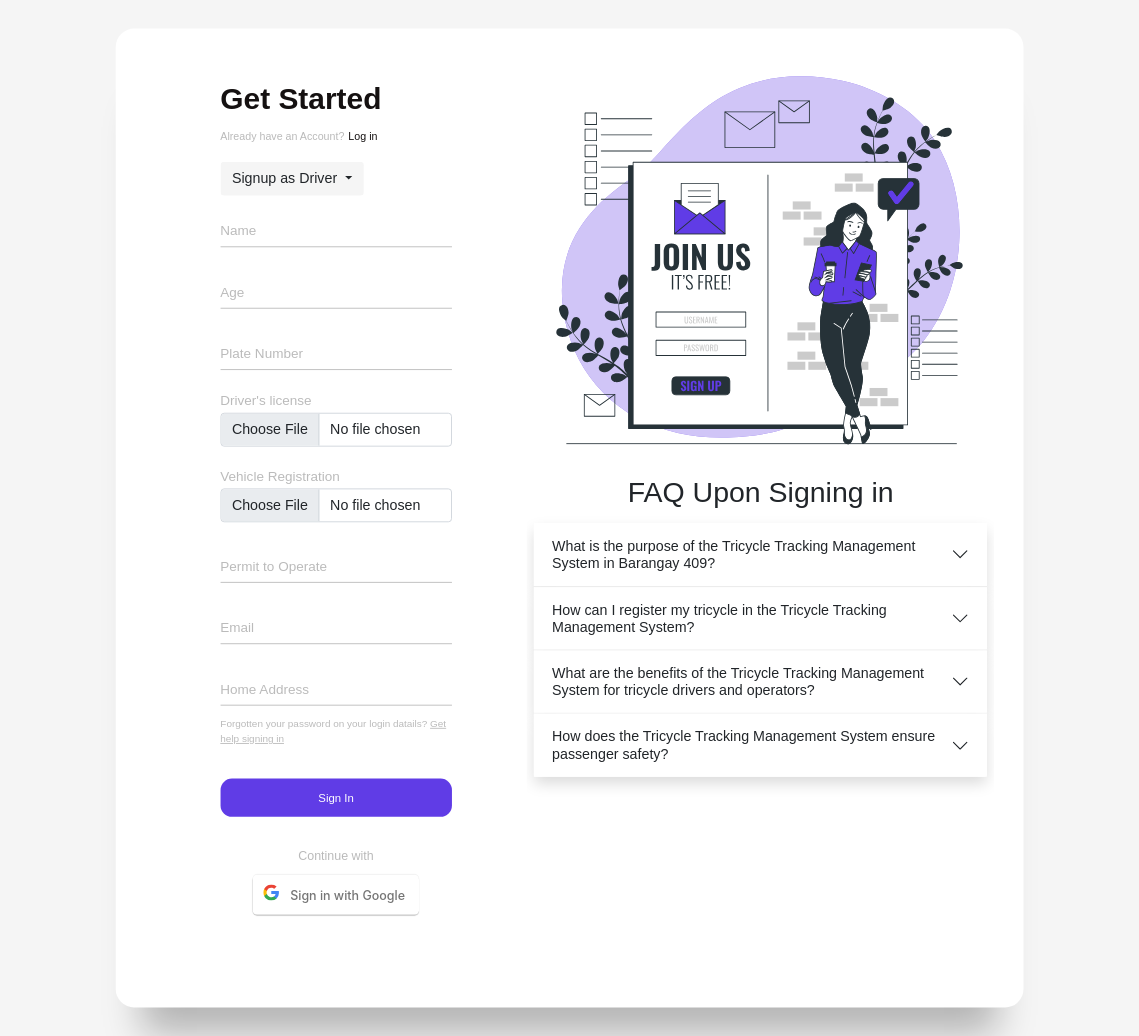
Repository: adrcstro/plate-to-place
Page: http://localhost/Loginsystem/Driverlogin.php
These files come from the project's save history. The page is drawn as it stood at one moment and after the next save; the edit follows.
The browser window is 1280 px wide. The pictures show the whole page, at 89% of full size.
Some web fonts or font styles are not loaded; a fallback is used. Some web libraries are served in a nearby version. The page is run by PHP 8.4 with error messages shown; the project is at /var/www/html/.

Above is the page before, as saved 2023-10-31 12:38:47.

### Loginsystem/Driverlogin.php
<!DOCTYPE html>
<html lang="en">
<head>
    <meta charset="UTF-8">
    <meta name="viewport" content="width=device-width, initial-scale=1.0">
    <link rel="shortcut icon" type="x-icon" href="../images/webicon.png">
    <link rel="stylesheet" href="../css/bootstrap.min.css">
    <link rel="stylesheet" href="https://cdnjs.cloudflare.com/ajax/libs/font-awesome/6.3.0/css/all.min.css" integrity="sha512-SzlrxWUlpfuzQ+pcUCosxcglQRNAq/DZjVsC0lE40xsADsfeQoEypE+enwcOiGjk/bSuGGKHEyjSoQ1zVisanQ==" crossorigin="anonymous" referrerpolicy="no-referrer"/>
    <link rel="stylesheet" href="driver.css">

    <title>Brangay409-3WHeel-Tracking-System</title>
</head>

<body>

<main>
      <div class="box">
        <div class="inner-box">
          <div class="forms-wrap">
            <form action="index.html" autocomplete="off" class="sign-in-form">

<script>
    function changeLoginType(type) {
        document.getElementById('loginDropdown').innerText = 'Login as ' + type;
    }
</script>
              <div class="heading">
                <h2>Get Started</h2>
                <h6>Already have an Account?</h6>
                <a href="#" class="toggle" data-target="img-2">Log in</a>
              </div>



              <div class="dropdown">
    <button class="btn dropdown-toggle" type="button" data-bs-toggle="dropdown" aria-expanded="false" id="loginDropdown">
        Signup as Driver
    </button>
    <ul class="dropdown-menu">
        <li><a class="dropdown-item" href="Passenger.php" onclick="changeLoginType('Passenger')">Passenger</a></li>
        <li><a class="dropdown-item" href="Driverlogin.php" onclick="changeLoginType('Driver')">Driver</a></li>

    </ul>
</div>
<div class="formsignin">



              <div class="actual-form">
                <div class="input-wrap">
                  <input
                    type="text"
                    minlength="4"
                    class="input-field"
                    autocomplete="off"
                    required
                  />
                  <label>Name</label>
                </div>

                <div class="input-wrap">
                  <input
                    type="password"
                    minlength="4"
                    class="input-field"
                    autocomplete="off"
                    required
                  />
                  <label>Age</label>
                </div>

                <div class="input-wrap">
                  <input
                    type="text"
                    minlength="4"
                    class="input-field"
                    autocomplete="off"
                    required
                  />
                  <label>Plate Number</label>
                </div>

                <div id="Filefield" class="input-wrap">
  <label for="formFile" class="custom-label">Driver's license</label>
  <input class="form-control" type="file" id="formFile" title="Please ensure the image is clear and legible" class="custom-title">
</div>
<div id="Filefield" class="input-wrap">
  <label for="formFile" class="custom-label">Vehicle Registration</label>
  <input class="form-control" type="file" id="formFile" title="Please ensure the image is clear and legible" class="custom-title">
</div>

                <div class="input-wrap">
                  <input
                    type="text"
                    minlength="4"
                    class="input-field"
                    autocomplete="off"
                    required
                  />
                  <label>Permit to Operate</label>
                </div>
                <div class="input-wrap">
                  <input
                    type="text"
                    minlength="4"
                    class="input-field"
                    autocomplete="off"
                    required
                  />
                  <label>Email</label>
                </div>
                <div class="input-wrap">
                  <input
                    type="text"
                    minlength="4"
                    class="input-field"
                    autocomplete="off"
                    required
                  />
                  <label>Home Address</label>
                </div>
                <p class="text">
                  Forgotten your password on your login datails?

                  <a href="Forgotpassword.php" data-target="img-2">Get help signing in</a>
                </p>
                <input type="submit" value="Sign In" class="sign-btn" />
                <h5 id="textcon">Continue with</h5>
                <button type="button" class="login-with-google-btn" >
                Sign in with Google
                 </button>
              </div>
              </div>

            </form>


          </div>
          <div class="carousel">
  <div class="images-wrapper">
    <img src="../images/Signup.svg" class="image img-2 show" alt="" />
  </div>

  <div class="col-md-12">
         <h2 class="mt-2 text-center" id="FAQ">FAQ Upon Signing in</h2>
         <div class="accordion accordion-flush p-2" id="accordionFlushExample">
          <div class="accordion-item bg-white shadow">
            <h2 class="accordion-header">
              <button class="accordion-button collapsed" type="button" data-bs-toggle="collapse" data-bs-target="#flush-collapseOne" aria-expanded="false" aria-controls="flush-collapseOne">
                What is the purpose of the Tricycle Tracking Management System in Barangay 409?
              </button>
            </h2>
            <div id="flush-collapseOne" class="accordion-collapse collapse" data-bs-parent="#accordionFlushExample">
              <div class="accordion-body">The Tricycle Tracking Management System aims to streamline tricycle operations and ensure passenger safety and efficient transportation services within the barangay.</div>
            </div>
          </div>
          <div class="accordion-item shadow">
            <h2 class="accordion-header">
              <button class="accordion-button collapsed" type="button" data-bs-toggle="collapse" data-bs-target="#flush-collapseTwo" aria-expanded="false" aria-controls="flush-collapseTwo">
                How can I register my tricycle in the Tricycle Tracking Management System?
              </button>
            </h2>
            <div id="flush-collapseTwo" class="accordion-collapse collapse" data-bs-parent="#accordionFlushExample">
              <div class="accordion-body">To register your tricycle, visit the barangay office and submit the required documents, including the tricycle's registration papers, driver's license, and other necessary permits.</div>
            </div>
          </div>
          <div class="accordion-item shadow">
            <h2 class="accordion-header">
              <button class="accordion-button collapsed" type="button" data-bs-toggle="collapse" data-bs-target="#flush-collapseThree" aria-expanded="false" aria-controls="flush-collapseThree">
                What are the benefits of the Tricycle Tracking Management System for tricycle drivers and operators?
              </button>
            </h2>
            <div id="flush-collapseThree" class="accordion-collapse collapse" data-bs-parent="#accordionFlushExample">
              <div class="accordion-body">The system provides improved transparency in fare collection, enhances security measures for both drivers and passengers, and facilitates better route planning, leading to increased efficiency and profitability for tricycle operators.
              </div>
            </div>
          </div>

          <div class="accordion-item shadow">
            <h2 class="accordion-header">
              <button class="accordion-button collapsed" type="button" data-bs-toggle="collapse" data-bs-target="#flush-collapseFour" aria-expanded="false" aria-controls="flush-collapseFour">
                How does the Tricycle Tracking Management System ensure passenger safety?
              </button>
            </h2>
            <div id="flush-collapseFour" class="accordion-collapse collapse" data-bs-parent="#accordionFlushExample">
              <div class="accordion-body">The system integrates safety measures such as  Report Management, Legal Action Provider, and driver identification features, which enable swift responses to any emergency situations during tricycle rides.</div>
            </div>
          </div>



        </div>
         </div>


</div>
        </div>
      </div>
    </main>



</body>
<script src="../js/bootstrap.bundle.js"></script>
    <script src="login.js"></script>

</html>

### Loginsystem/driver.css
@import url("https://fonts.googleapis.com/css2?family=Poppins:wght@200;300;400;500;600;700;800&display=swap");
@import url('https://fonts.googleapis.com/css2?family=Advent+Pro:wght@200&display=swap');
@import url('https://fonts.googleapis.com/css2?family=Advent+Pro:wght@200&family=Montserrat+Alternates&display=swap');
@import url('http://fonts.googleapis.com/css?family=Open+Sans:400,700');
*,
*::before,
*::after {
  padding: 0;
  margin: 0;
  box-sizing: border-box;
}
#textcon{
  padding: 4px;
  text-align: center;
  color: #bababa;
  font-size: 14px;
}
.login-with-google-btn {
  transition: background-color .3s, box-shadow .3s;
  padding: 12px 16px 12px 42px;
  border: none;
  border-radius: 5px;
  box-shadow: 0 -1px 0 rgba(0, 0, 0, .04), 0 1px 1px rgba(0, 0, 0, .25);
  display: block;
    margin: auto;
  color: #757575;
  font-size: 14px;
  font-weight: 500;
  font-family: -apple-system,BlinkMacSystemFont,"Segoe UI",Roboto,Oxygen,Ubuntu,Cantarell,"Fira Sans","Droid Sans","Helvetica Neue",sans-serif;

  background-image: url(data:[embedded picture, 822 characters]);
  background-color: white;
  background-repeat: no-repeat;
  background-position: 12px 11px;

  &:hover {
    background-color: #f3f3f3b6;
  }

  &:active {
    background-color: #eeeeee;
  }
}
  &:focus {
    outline: none;
    box-shadow:
      0 -1px 0 rgba(0, 0, 0, .04),
      0 2px 4px rgba(0, 0, 0, .25),
      0 0 0 3px #c8dafc;
  }

.logo {
  text-align: center;
}
.logo br {
  font-size: 1px; /* Adjust the font size as per your requirement */
}
body,
input {
  font-family: 'Montserrat Alternates', sans-serif;

}
#loginDropdown{
  background-color: whitesmoke;
}

main {
  width: 100%;
  min-height: 100vh;
  overflow: hidden;
  background-color: whitesmoke;
  padding: 2rem;
  display: flex;
  align-items: center;
  justify-content: center;
}

.box {
  position: relative;
  width: 100%;
  max-width: 1020px;
  height: 1100px;
  background-color: #fff;
  border-radius: 1.3rem;
  box-shadow: 0 60px 40px -30px rgba(0, 0, 0, 0.27);
}

.inner-box {
  position: absolute;
  width: calc(100% - 4.1rem);
  height: calc(100% - 4.1rem);
  top: 50%;
  left: 50%;
  transform: translate(-50%, -50%);
}

.forms-wrap {
  position: absolute;
  height: 100%;
  width: 45%;
  top: 0;
  left: 0;
  display: grid;
  grid-template-columns: 1fr;
  grid-template-rows: 1fr;
  transition: 0.8s ease-in-out;
}

form {
  max-width: 260px;
  width: 100%;
  margin: 0 auto;
  height: 100%;
  display: flex;
  flex-direction: column;
  justify-content: space-evenly;
  grid-column: 1 / 2;
  grid-row: 1 / 2;
  transition: opacity 0.02s 0.4s;
  border: #aaa;
}

form.sign-up-form {
  opacity: 0;
  pointer-events: none;

}

.logo {
  display: flex;
  align-items: center;
}


.logo h4 {
  font-size: 1.1rem;
  margin-top: -9px;
  letter-spacing: -0.5px;
  color: #151111;
}

.heading h2 {
  font-size: 2.1rem;
  font-weight: 600;
  color: #151111;
}

.heading h6 {
  color: #bababa;
  font-weight: 400;
  font-size: 0.75rem;
  display: inline;
}

.toggle {
  color: #151111;
  text-decoration: none;
  font-size: 0.75rem;
  font-weight: 500;
  transition: 0.3s;
}

.toggle:hover {
  color: #8371fd;
}

.input-wrap {
  position: relative;
  height: 37px;
  margin-bottom: 2rem;
}

.input-field {
  position: absolute;
  width: 100%;
  height: 100%;
  background: none;
  border: none;
  outline: none;
  border-bottom: 1px solid #bbb;
  padding: 0;
  font-size: 0.95rem;
  color: #151111;
  transition: 0.4s;
}

label {
  position: absolute;
  left: 0;
  top: 50%;
  transform: translateY(-50%);
  font-size: 0.95rem;
  color: #bbb;
  pointer-events: none;
  transition: 0.4s;
}

.input-field.active {
  border-bottom-color: #151111;
}

.input-field.active + label {
  font-size: 0.75rem;
  top: -2px;
}
.logtext{
  margin-top: -1rem;
}
.sign-btn {
  display: inline-block;
  width: 100%;
  height: 43px;
  background-color: #603ce6;
  color: #fff;
  border: none;
  cursor: pointer;
  border-radius: 0.8rem;
  font-size: 0.8rem;
  margin-bottom: 2rem;
  transition: 0.3s;
}
.show {
  display: block;
}

.FAQESTION{
  margin-top: -3rem;
}



.hide {
  display: none;
}

.sign-btn:hover {
  background-color: #6a5cc4;
}

.text {
  color: #bbb;
  font-size: 0.7rem;
  transform: translateY(-20px);
}

.text a {
  color: #bbb;
  transition: 0.3s;

}




.text a:hover {
  color: #8371fd;
}

main.sign-up-mode form.sign-in-form {
  opacity: 0;
  pointer-events: none;
}

main.sign-up-mode form.sign-up-form {
  opacity: 1;
  pointer-events: all;
}

main.sign-up-mode .forms-wrap {
  left: 55%;
}

main.sign-up-mode .carousel {
  left: 0%;
}

.carousel {
  position: absolute;
  height: 100%;
  width: 55%;
  left: 45%;
  top: 0;
  background-color: white;
  border-radius: 2rem;
  display: grid;
  grid-template-rows: auto 1fr;
  padding-bottom: 2rem;
  overflow: hidden;
  transition: 0.8s ease-in-out;
}

.images-wrapper {
  display: grid;
  grid-template-columns: 1fr;
  grid-template-rows: 1fr;
}
.hide {
  display: none;
}
.image {
  width: 100%;
 height: 90%;
  grid-column: 1/2;
  grid-row: 1/2;
  opacity: 0;
  transition: opacity 0.3s, transform 0.5s;
}

.img-1 {
  transform: translate(0, -50px);
}

.img-2 {
  transform: scale(0.4, 0.5);
}

.img-3 {
  transform: scale(0.3) rotate(-20deg);
}

.image.show {
  opacity: 1;
  transform: none;
}

.text-slider {
  display: flex;
  align-items: center;
  justify-content: center;
  flex-direction: column;
margin-top: -4rem;

}

.text-wrap {
  max-height: 3.1rem;
  overflow: hidden;
  margin-bottom: 2.3rem;
}

.text-group {
  display: flex;
  flex-direction: column;
  text-align: center;
  transform: translateY(0);
  transition: 0.5s;
}

.text-group h2 {
  line-height: 2.2rem;
  font-weight: 600;
  font-size: 1.6rem;
}

.bullets {
  display: flex;
  align-items: center;
  justify-content: center;
  margin-top: -2.4rem;
}

.bullets span {
  display: block;
  width: 0.5rem;
  height: 0.5rem;
  background-color: #aaa;
  margin: 0 0.25rem;
  border-radius: 50%;
  cursor: pointer;
  transition: 0.3s;
}
.dropdown{
  margin-top: -6rem;
}
.actual-form{
  margin-top: -6rem;
}
.bullets span.active {
  width: 1.1rem;
  background-color: #151111;
  border-radius: 1rem;
}
.actual-form{
  margin-top: 20px;
  }
  .col-md-12{
    margin-top: -4rem;
  }

  .sign-in-form{
    margin-top: -4rem;
  }
.formsignin{
  margin-top: -6rem;
}
#Filefield{
  margin-top: 3rem;
}
.custom-label{
  margin-top: -2rem;
}

.sign-in-form{
  margin-top: -1.4rem;
}
.dropdown{
  margin-top: -2rem;
}
.formsignin{
  margin-top: -3rem;
}

@media (max-width: 850px) {
  .box {
    height: auto;
    max-width: 550px;
    overflow: hidden;
  }

  .inner-box {
    position: static;
    transform: none;
    width: revert;
    height: revert;
    padding: 2rem;
  }

  .forms-wrap {
    position: revert;
    width: 100%;
    height: auto;
  }

  form {
    max-width: revert;
    padding: 1.5rem 2.5rem 2rem;
    transition: transform 0.8s ease-in-out, opacity 0.45s linear;
  }

  .heading {
    margin: 2rem 0;
  }

  form.sign-up-form {
    transform: translateX(100%);
  }

  main.sign-up-mode form.sign-in-form {
    transform: translateX(-100%);
  }

  main.sign-up-mode form.sign-up-form {
    transform: translateX(0%);
  }

  .carousel {
    position: revert;
    height: auto;
    width: 100%;
    padding: 3rem 2rem;
    display: flex;
  }

  .images-wrapper {
    display: none;
  }

  .text-slider {
    width: 100%;
  }

  .text-slider{
    margin-top: 3rem;
}
.actual-form{
margin-top: 2rem;
}
.col-md-12{
  margin-top: -3rem;
}
.dropdown{
  margin-top: -1rem;
}
.sign-in-form{
  margin-top: -1rem;
}

.formsignin{
  margin-top: 1rem;
}


}

@media (max-width: 528px) {
  main {
    padding: 1rem;
  }

  .box {
    border-radius: 2rem;
  }

  .inner-box {
    padding: 1rem;
  }

  .carousel {
    padding: 1.5rem 1rem;
    border-radius: 1.6rem;
  }

  .text-wrap {
    margin-bottom: 1rem;
  }

  .text-group h2 {
    font-size: 1.2rem;
  }

  form {
    padding: 1rem 2rem 1.5rem;
  }

  .bullets{
    margin-top: -1rem;
}
.col-md-12{
  margin-top: 1rem;
}


}








@media (max-width: 390px) {
    .text-slider{
        margin-top: 2rem;
    }

}

### Loginsystem/login.js
const inputs = document.querySelectorAll(".input-field");
const toggle_btn = document.querySelectorAll(".toggle");
const main = document.querySelector("main");
const bullets = document.querySelectorAll(".bullets span");
const images = document.querySelectorAll(".image");

inputs.forEach((inp) => {
  inp.addEventListener("focus", () => {
    inp.classList.add("active");
  });
  inp.addEventListener("blur", () => {
    if (inp.value != "") return;
    inp.classList.remove("active");
  });
});

toggle_btn.forEach((btn) => {
  btn.addEventListener("click", () => {
    main.classList.toggle("sign-up-mode");
  });
});

function moveSlider() {
  let index = this.dataset.value;

  let currentImage = document.querySelector(`.img-${index}`);
  images.forEach((img) => img.classList.remove("show"));
  currentImage.classList.add("show");

  const textSlider = document.querySelector(".text-group");
  textSlider.style.transform = `translateY(${-(index - 1) * 2.2}rem)`;

  bullets.forEach((bull) => bull.classList.remove("active"));
  this.classList.add("active");
}

bullets.forEach((bullet) => {
  bullet.addEventListener("click", moveSlider);
});

document.addEventListener('DOMContentLoaded', function () {
  const toggleLinks = document.querySelectorAll('.toggle');
  toggleLinks.forEach(function(toggleLink) {
    toggleLink.addEventListener('click', function (event) {
      event.preventDefault();
      const targetId = toggleLink.getAttribute('data-target');
      const textSlider = document.querySelector('.text-group');
      if (targetId === 'img-1') {
        const targetText = 'Get Started';
        textSlider.innerHTML = `<h2>${targetText}</h2>`;
      } else if (targetId === 'img-2') {
        const targetText = 'Join us';
        textSlider.innerHTML = `<h2>${targetText}</h2>`;
      }
    });
  });
});

Loaded but not shown: css/bootstrap.min.css (library); js/bootstrap.bundle.js (library); Images/Signup.svg (1 lines, source omitted)

After the next save:
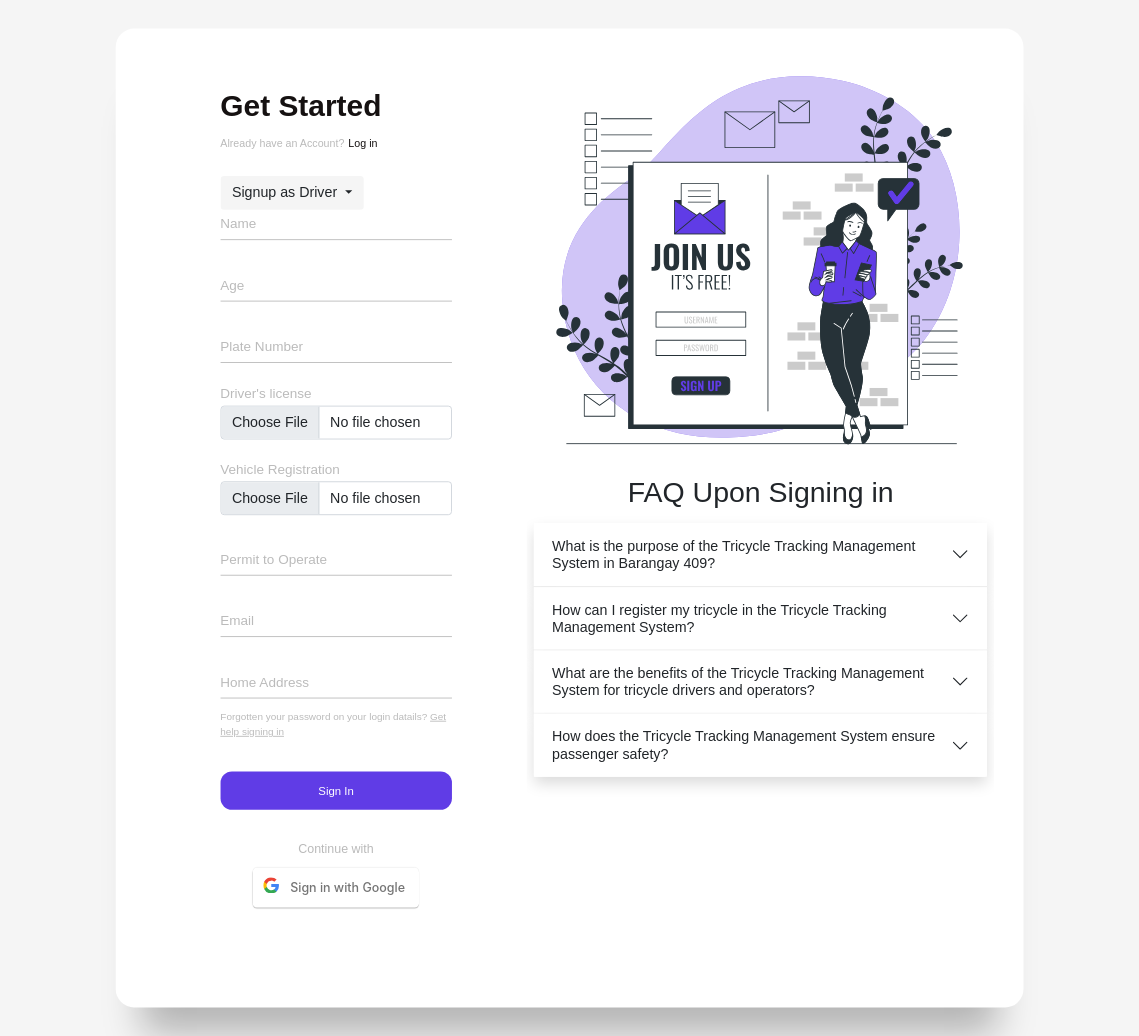
Saved 60 s later.
--- a/Loginsystem/driver.css
+++ b/Loginsystem/driver.css
@@ -407,7 +407,7 @@
   margin-top: -2rem;
 }
 .formsignin{
-  margin-top: -3rem;
+  margin-top: -5rem;
 }
 
 @media (max-width: 850px) {

After the save that followed:
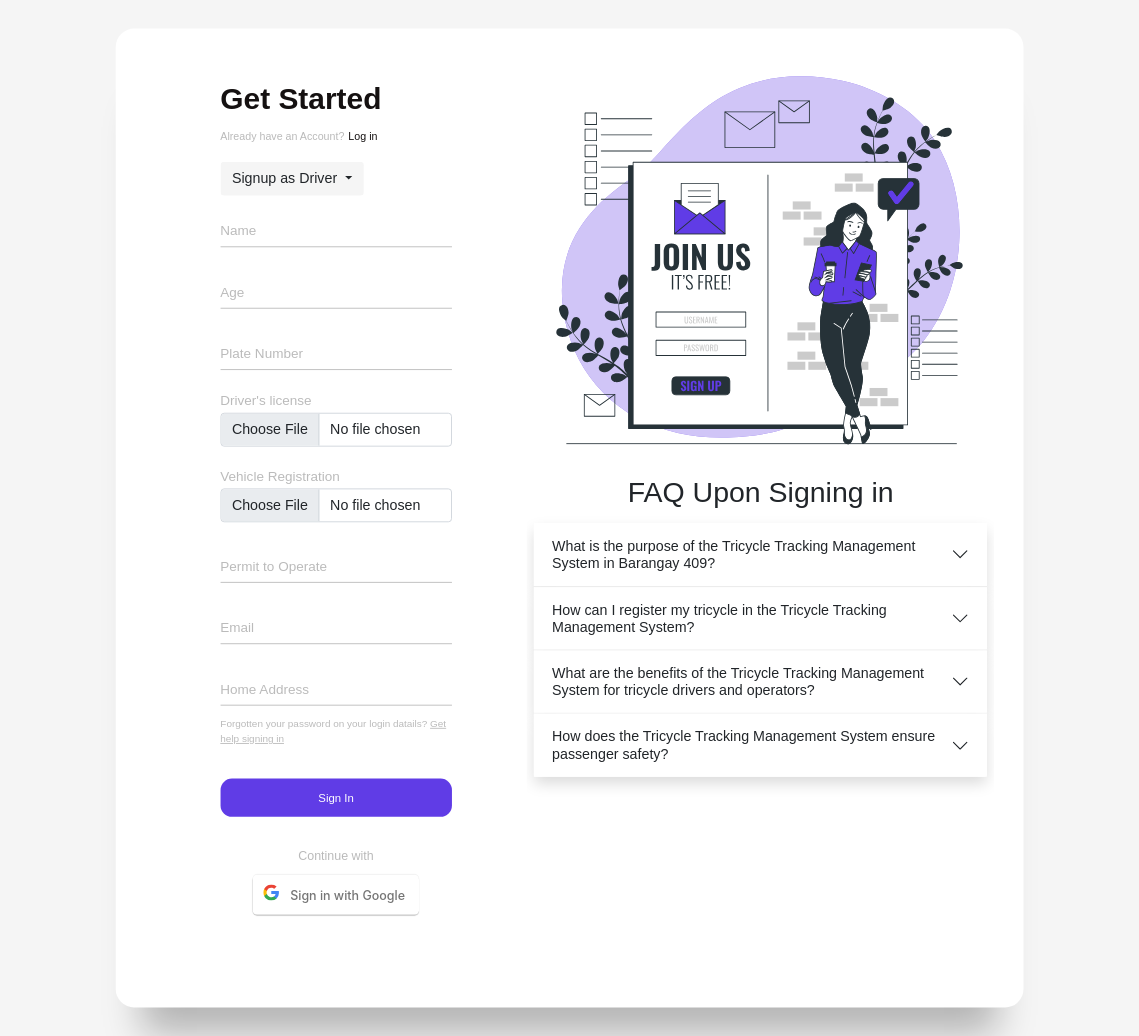
Saved 7 s later.
--- a/Loginsystem/driver.css
+++ b/Loginsystem/driver.css
@@ -407,7 +407,7 @@
   margin-top: -2rem;
 }
 .formsignin{
-  margin-top: -5rem;
+  margin-top: -3rem;
 }
 
 @media (max-width: 850px) {
